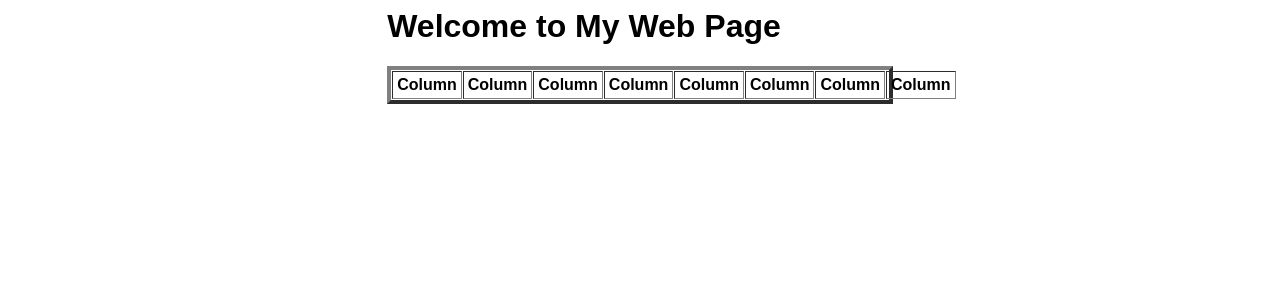
Repository: AdityaTech-Pro/FullStackWithBridgelabz
Page: Assignment2/Data_List/index.html
An editor plug-in stored every save of this project. The page is shown before and after the next save, followed by the edit.
The browser window is 1280 px wide. The pictures show the whole page.

Above is the page before, as saved 2025-10-15 09:14:04.

After the next save:
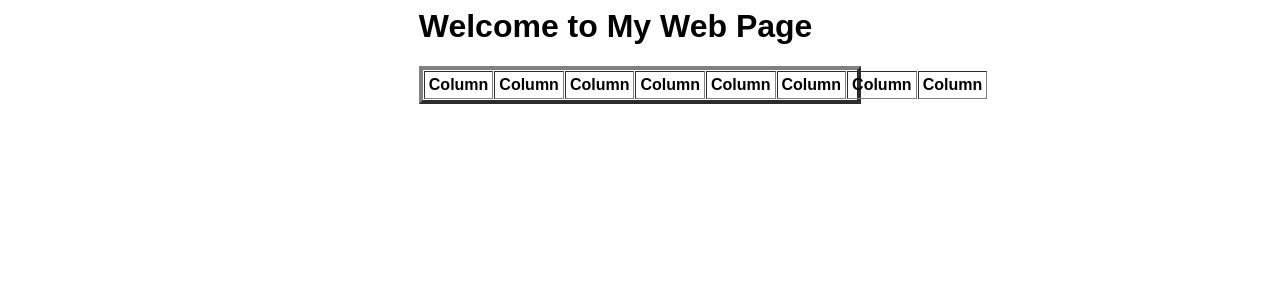
Saved 7 s later.
--- a/Assignment2/Data_List/index.html
+++ b/Assignment2/Data_List/index.html
@@ -10,7 +10,7 @@
             display: block;
             margin-left: auto;
             margin-right: auto;
-            width: 40%;
+            width: 35%;
         }
     </style>
 </head>
